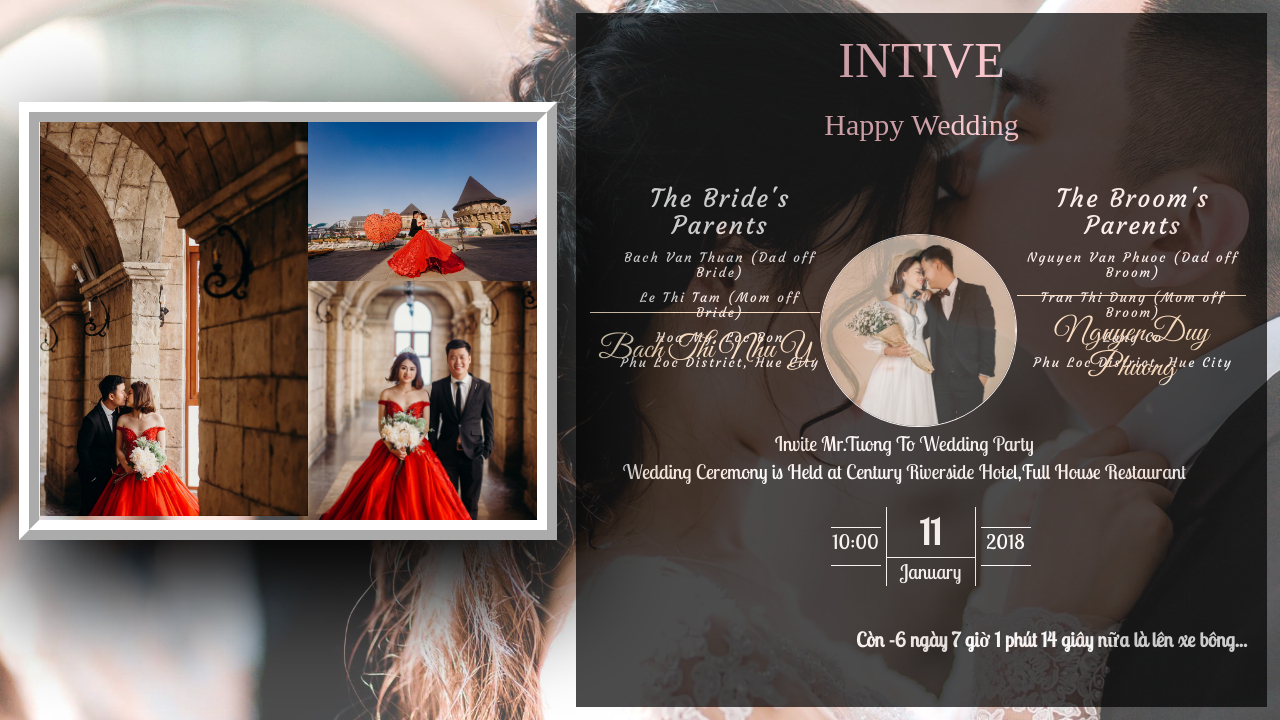
Repository: nguyenhuutuong999/WeddingOfSister
Page: index.html
The author's editor kept a copy of each file at every save. The page is drawn from the files as they stood at one save, then again after a run of saves.
The browser window is 1280 px wide. The pictures show the whole page.
Some web fonts or font styles are not loaded; a fallback is used.

Above is the page before, as saved 2019-09-17 17:33:13.

### index.html
<!doctype html>
<html>

<head>
    <meta charset="utf-8">
    <meta name="viewport" content="width=device-width, initial-scale=1">
    <title>Wedding</title>

    <!-- Latest compiled and minified CSS & JS -->

    <link rel="stylesheet" href="./style.css">


    <!-- Latest compiled and minified CSS & JS -->
    <link rel="stylesheet" media="screen" href="//netdna.bootstrapcdn.com/bootstrap/3.3.4/css/bootstrap.min.css">
    <script src="//code.jquery.com/jquery.js"></script>
    <script src="//netdna.bootstrapcdn.com/bootstrap/3.3.4/js/bootstrap.min.js"></script>

    <link rel="stylesheet" href="./animate.css">
    <script type="text/javascript" src="./wow.min.js"></script>
    <script>
        new WOW().init();
    </script>

</head>


<body>
    <div id="container">
        <div id="opacity-background"></div>

        <div id="album">
                <img id = "vh" name="image_vh" src="./images/vh1.jpg" class="wow fadeInLeft" data-wow-duration="1s">
                <img id = "hh" name="image_hh" src="./images/hh1.jpg" class="wow fadeInRight" data-wow-duration="1s">
            <img id = "s" name="image_s" src="./images/s1.jpg" class="wow fadeInUp" data-wow-duration="1s">
        </div>
        <div id="content">
            <h1 id="invite">INTIVE</h1>
            <h2 id="happy">Happy Wedding</h2>
            <div id="infor">
                <div id="bride" class="wedding">
                    <!-- // <label>Le Thi Thanh Ngan</label> -->
                    <h3>The Bride's Parents</h3>
                    <p>Bach Van Thuan (Dad off Bride)</p>
                    <p>Le Thi Tam (Mom off Bride)</p>
                    <p>Hoa My, Loc Bon</p>
                    <p>Phu Loc District, Hue City</p>

                </div>
                <div id="broom" class="wedding">
                    <!--  -->
                    <h3>The Broom's Parents</h3>
                    <p>Nguyen Van Phuoc (Dad off Broom)</p>
                    <p>Tran Thi Dung (Mom off Broom)</p>
                    <p>Lang Co</p>
                    <p>Phu Loc District, Hue City</p>

                </div>
                <!-- <canvas id="myCanvas" width="470" height="300"></canvas> -->

            </div>
            <div id="colorful">
                <h2 style="margin-left: 0px;" class="name">Bach Thi Nhu Y</h2>
                <img name="image_s" id="radius" src="./images/s1.jpg" class="wow zoomIn" data-wow-duration="1s" />
                <h2 style="margin-left: 0px;" class="name">Nguyen Duy Phuong</h2>
            </div>
            <div id="desc">
                <div style="color: white; position: relative; margin-top: 44%;">Invite Mr.Tuong To Wedding Party</div>
                <div id="place">Wedding Ceremony is Held at Century Riverside Hotel,Full House Restaurant</div>
                <div id="time">
                    <div id="hour" class="border1">10:00</div>
                    <div id="day-month">
                        <div id="day">11</div>
                        <div id="month">January</div>
                    </div>
                    <div id="year" class="border1">2018</div>
                </div>

            </div>
            <p id="countDown"></p>
        </div>

</body>

</html>
<script type="text/javascript">
    window.onload = function () {

        setTimeout("switchImageVH()", 5000);
        setTimeout("switchImageS()", 5000);
        setTimeout("switchImageHH()", 5000);
    }
    var current_vh = 1;
    var num_image_vh = 7;

    var current_s = 1;
    var num_image_s = 7

    var current_hh = 1;
    var num_image_hh = 7;

    function switchImageVH() {
        current_vh++;
        document.images['image_vh'].src = './images/vh' + current_vh + '.jpg';

        if (current_vh < num_image_vh) {
            setTimeout("switchImageVH()", 5000);

        } else if (current_vh == num_image_vh) {

            current_vh = 1;
            setTimeout("switchImageVH()", 5000);
        }


    }
    function switchImageS() {
        current_s++;
        document.images['image_s'].src = './images/s' + current_s + '.jpg';

        if (current_s < num_image_s) {
            setTimeout("switchImageS()", 5000);

        } else if (current_s == num_image_s) {
            current_s = 1;
            setTimeout("switchImageS()", 5000);
        }
    }
    function switchImageHH() {
        current_hh++;
        document.images['image_hh'].src = './images/hh' + current_hh + '.jpg';

        if (current_hh < num_image_s) {
            setTimeout("switchImageHH()", 5000);

        } else if (current_hh == num_image_s) {
            current_hh = 1;
            setTimeout("switchImageHH()", 5000);
        }
    }


    var dateWedding = {
        year : 2018,
        month :1,
        date: 11,
        hour: 23,
        minutes: 59,
        second: 59,
    }

    setInterval(function () {
        var today = new Date();
        var date = "Còn " + (dateWedding.date - today.getDate()) + " ngày " + (dateWedding.hour - today.getHours()) + " giờ " + (dateWedding.minutes - today.getMinutes()) + " phút " + (dateWedding.second - today.getSeconds() + " giây nữa là lên xe bông...");
        document.getElementById("countDown").innerHTML = date;
    }, 1000);



    // var canvas = document.getElementById('myCanvas');
    // var context = canvas.getContext('2d');

    // // Xác đinh tâm là trọng tâm của Canvas
    // var x = canvas.width / 2;
    // var y = canvas.height / 2;

    // // bán kính 75px
    // var radius = 130;

    // // Góc bắt đầu là 1.1PI
    // var startAngle = 1.1 * Math.PI;

    // // Góc kết thúc là 1.9PI
    // var endAngle = 1.9 * Math.PI;

    // // Cùng chiều kim đồng hồ
    // var counterClockwise = false;

    // // Vẽ đường cung
    // context.beginPath();
    // context.arc(x, y, radius, startAngle, endAngle, counterClockwise);
    // context.lineWidth = 1.5;

    // // line color
    // context.strokeStyle = 'blanchedalmond';
    // context.stroke();


</script>

### style.css
@import url('https://fonts.googleapis.com/css?family=Great+Vibes&display=swap');
@import url('https://fonts.googleapis.com/css?family=Cookie&display=swap');
@import url('https://fonts.googleapis.com/css?family=Courgette&display=swap');
@import url('https://fonts.googleapis.com/css?family=Berkshire+Swash|Great+Vibes&display=swap');
@import url('https://fonts.googleapis.com/css?family=Lobster+Two&display=swap');
body,html{
    top:0;
    margin: 0;
    padding: 0;
    font-family: Impact, Haettenschweiler, 'Arial Narrow Bold', sans-serif;
    width: 100%;
    height: 100%;
}

#container{
    display: flex;
    background-image: url("./images/wedding6.jpg.png");
    background-repeat: repeat;
    background-size: cover;
    width: 100%;
    height: 100%;
    position: relative;
}
#opacity-background{

    position: absolute;
    top: 0;
    left: 0;
    width: 100%;
    height: 100%;
    background:white;
    opacity: 0.3;

}

#content{

    position: relative;
    background: rgb(0, 0, 0);
    opacity: 0.7;
    width: 59%;
    float: left;
    margin: 1% 1% 1% 45%;

}
#album {
    margin: 8% 1.5% 0 1.5%;
    width: 42%;
    position: absolute;
    box-shadow: 10px 50px 100px 10px black;
    border: 20px ridge #ffffff;
}

#vh{
    width: 54%;
    position: absolute;

}
#hh{
    width: 48%;
    margin-left: 52%;

}
#s{
    width: 48%;
    margin-left: 52%;

}


#invite{
    font-family: 'Berkshire Swash', cursive;
    color: pink;
    text-align: center;
    font-size: 50px;
}
#happy{
    font-family: 'Berkshire Swash', cursive;
    color: pink;
    text-align: center;
}
#infor{
    color: white;
    font-family: 'Courgette', cursive;
    font-size: 13px;
    display: flex;
    position: absolute;
    padding: 2% 4%;
    width: 100%;
}
.wedding{
    width: calc(100%/2);
    letter-spacing: 2px;
    text-align: center;
    line-height: 15px;
}
.wedding h3{
    font-size: 25px;
}
#colorful{
    color: white;
    font-family: 'Great Vibes', cursive;
    display: flex;
    margin-top: 0px;
    position: absolute;
    text-align: center;
    width: 95%;
    align-items: center;
    margin-top: 12%;
    margin-left: 2%;

}
.name{
    border-style: solid;
    border-width: 1px 0 0 0;
    padding:  20px 0;
    margin-top: 50px;
    color: blanchedalmond;
    width: 35%;
    font-size: 32px;
}
#radius{
    border-radius: 100%;
    border: solid 1.5px white;
    width: 30%;
}

#desc{
    position: relative;
    color: white;
    font-family: 'Lobster Two', cursive;
    font-size: 20px;
    margin-top: 00%;
    text-align: center;
    width: 95%;
}



#time{
    display: flex;
    position: relative;
    width: 40%;
    margin-left: 38%;
}
#hour{
    margin: 40px 5px;
}

#year{

    margin: 40px 5px;
}
.border1{
    border-style: solid;
    border-width: 0.1px 0;
    width: 50px;
}
#day-month{
    border-style: solid;
    border-width: 0 1.5px;
    width: 90px;
    margin: 20px 0;
}
#day{
    border-style: solid;
    border-width: 0 0 1px 0;
    width: 100%;

    font-size: 35px;
    font-weight: bold;
}
/* #myCanvas{
    position: absolute;
    margin-top: 110px;
    margin-left: 185px;


} */

#bride{
    margin-left: 10px;
}
#broom{
    margin-left: 200px;
}
#countDown{
    position: relative;
    font-family: 'Lobster Two', cursive;
    color: white;
    text-align: right;
    font-size: 20px;
    font-weight: bold;
    margin-top: 0%;

    padding: 20px;
}

@media only screen and (max-width: 600px) {

    #container{
        display: inline-block;
        background-image: url("./images/wedding5.jpg");
        background-repeat: repeat;
        background-size: cover;
        width: 100%;
        height: 100%;
        position: relative;
    }
    #invite{

        margin-top: 0px;
        padding: 5px;
        font-size: 1em;
    }
    #happy{
        font-size: 0.8em;
        margin-top: -10px;
    }
    #infor{
        margin-top: -30px;
        font-size: 5px;
        padding: 5px 10px;
    }
    .wedding h3{
        font-size: 10px;
    }
    .wedding{
        width: calc(100%);
        letter-spacing: 0.5px;
        font-size: 6px;
        line-height: 0.5px;
    }

    #bride{
        margin-left: 0px;
    }
    #broom{
        margin-left: 70px;
    }
    #colorful{
        width: 95%;
        margin-top: 5%;
        margin-left: 2%;

    }
    .name{
        padding:  10px 0;
        font-size: 12px;
    }
    #radius{
        border: solid 0.5px white;
    }

    #desc{
        position: relative;
        color: white;
        font-family: 'Lobster Two', cursive;
        font-size: 10px;
        margin-top: 30%;
        text-align: center;
        width: 95%;
    }

    #time{
        display: flex;
        position: relative;
        width: 40%;
        margin-left: 35%;
        margin-top: -30px;
        font-size: 7px;
    }
    #hour{
        margin: 45px 5px;
        width: 20%;
    }

    #year{
        width: 20%;
        margin: 45px 5px;
    }

    #day-month{
        border-width: 0 1px;
        width: 40px;
        margin: 35px 0;
    }
    #day{
        width: 100%;
        font-size: 10px;

    }
    #countDown{

        font-size: 8px;
        margin-top: -5%;
    padding: 5px;

    }
    #content{

        position: relative;
        background: rgb(0, 0, 0);
        opacity: 0.7;
        width: 92%;
        margin: 4%;

    }
    #album {
        margin: 4%;
        width: 92%;
        position: absolute;
        margin-top: 80%;
        box-shadow: 10px 50px 100px 10px black;
        border: 15px ridge #ffffff;
    }

    #vh{
        width: 53%;

        position: absolute;

    }
    #hh{
        width: 48%;

        margin-left: 52%;

    }
    #s{
        width: 48%;
        margin-left: 52%;

    }


  }

  @media only screen and (min-width: 1600px) {

    #container{
        display: flex;
        background-image: url("./images/wedding6.jpg.png");
        background-repeat: repeat;
        background-size: cover;
        width: 100%;
        height: 100%;
        position: relative;
    }
    #opacity-background{

        position: absolute;
        top: 0;
        left: 0;
        width: 100%;
        height: 100%;
        background:white;
        opacity: 0.3;

    }

    #content{

        position: relative;
        background: rgb(0, 0, 0);
        opacity: 0.7;
        width: 59%;
        float: left;
        margin: 1% 1% 1% 45%;

    }
    #album {
        margin: 8% 1.5% 0 1.5%;
        width: 42%;
        position: absolute;
        box-shadow: 10px 50px 100px 10px black;
        border: 20px ridge #ffffff;
    }

    #vh{
        width: 54%;
        position: absolute;

    }
    #hh{
        width: 48%;
        margin-left: 52%;

    }
    #s{
        width: 48%;
        margin-left: 52%;

    }


    #invite{
        font-family: 'Berkshire Swash', cursive;
        color: pink;
        text-align: center;
        font-size: 70px;
    }
    #happy{
        font-family: 'Berkshire Swash', cursive;
        color: pink;
        text-align: center;
        font-size: 50px;
    }
    #infor{
        color: white;
        font-family: 'Courgette', cursive;
        font-size: 18px;
        display: flex;
        position: absolute;
        padding: 2% 4%;
        width: 100%;
    }
    .wedding{
        width: calc(100%/2);
        letter-spacing: 2px;
        text-align: center;
        line-height: 25px;
    }
    .wedding h3{
        font-size: 30px;
    }
    #colorful{
        color: white;
        font-family: 'Great Vibes', cursive;
        display: flex;
        margin-top: 0px;
        position: absolute;
        text-align: center;
        width: 95%;
        align-items: center;
        margin-top: 13%;
        margin-left: 2%;

    }
    .name{
        border-style: solid;
        border-width: 1px 0 0 0;
        padding:  20px 0;
        margin-top: 50px;
        color: blanchedalmond;
        width: 35%;
        font-size: 35px;
    }
    #radius{
        border-radius: 100%;
        border: solid 1.5px white;
        width: 30%;
    }

    #desc{
        position: relative;
        color: white;
        font-family: 'Lobster Two', cursive;
        font-size: 30px;
        margin-top: 00%;
        text-align: center;
        width: 95%;
    }



    #time{
        display: flex;
        position: relative;
        width: 50%;
        margin-left: 40%;
    }
    #hour{
        width:80px;
        margin: 80px 15px;
    }

    #year{
        width:80px;
        margin: 80px 5px;
    }

    #day-month{
        border-style: solid;
        border-width: 0 1.5px;
        width: 27%;
        margin: 30px 0;
    }
    #day{
        border-style: solid;
        border-width: 0 0 1px 0;
        width: 100%;
        font-size: 60px;
        font-weight: bold;
    }
    /* #myCanvas{
        position: absolute;
        margin-top: 110px;
        margin-left: 185px;


    } */

    #bride{
        margin-left: 10px;
    }
    #broom{
        margin-left: 200px;
    }
    #countDown{
        position: relative;
        font-family: 'Lobster Two', cursive;
        color: white;
        text-align: right;
        font-size: 20px;
        font-weight: bold;
        margin-top: 0%;
        font-style: italic;
        padding: 20px;
    }


  }

Loaded but not shown: animate.css (library); wow.min.js (library)

After the next 2 saves:
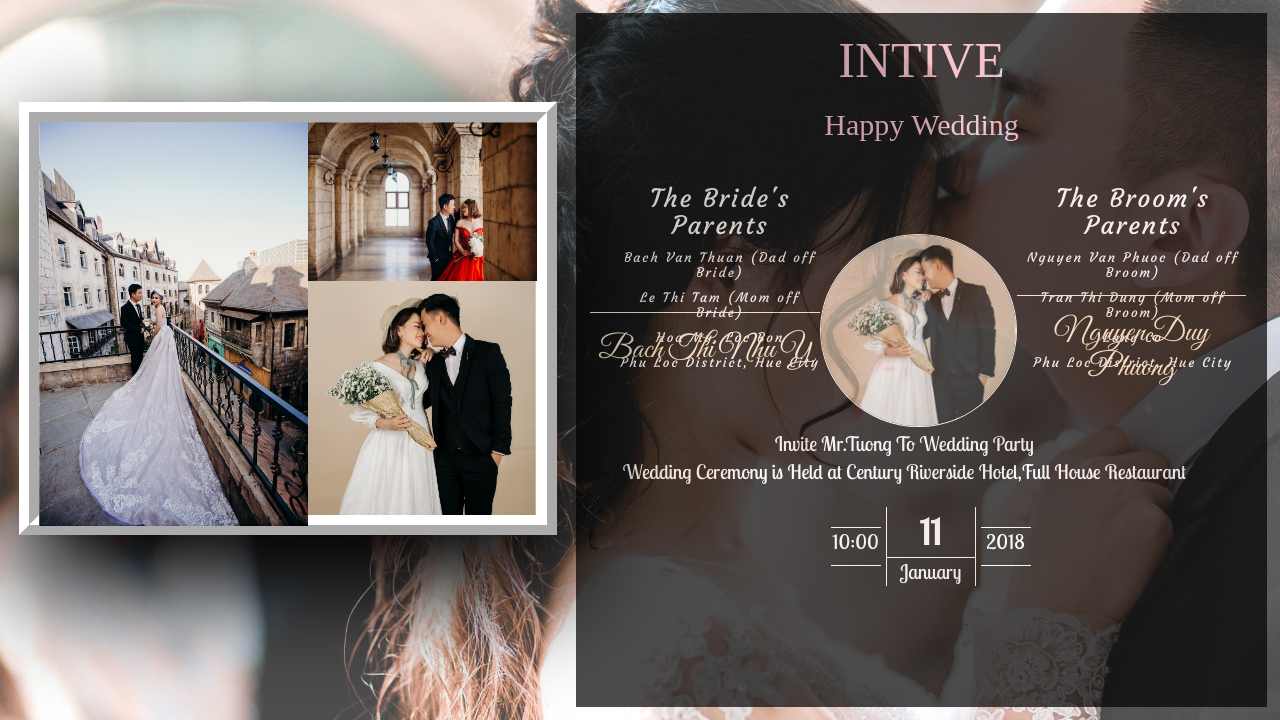
Console error: SyntaxError: Unexpected token ')'
The 2 saves are shown as one change because they came seconds apart.
The last was saved 5 s later.
--- a/index.html
+++ b/index.html
@@ -151,6 +151,7 @@
 
     setInterval(function () {
         var today = new Date();
+        if(dateWedding.date - today.getDate() >)
         var date = "Còn " + (dateWedding.date - today.getDate()) + " ngày " + (dateWedding.hour - today.getHours()) + " giờ " + (dateWedding.minutes - today.getMinutes()) + " phút " + (dateWedding.second - today.getSeconds() + " giây nữa là lên xe bông...");
         document.getElementById("countDown").innerHTML = date;
     }, 1000);

After the 3 saves that followed:
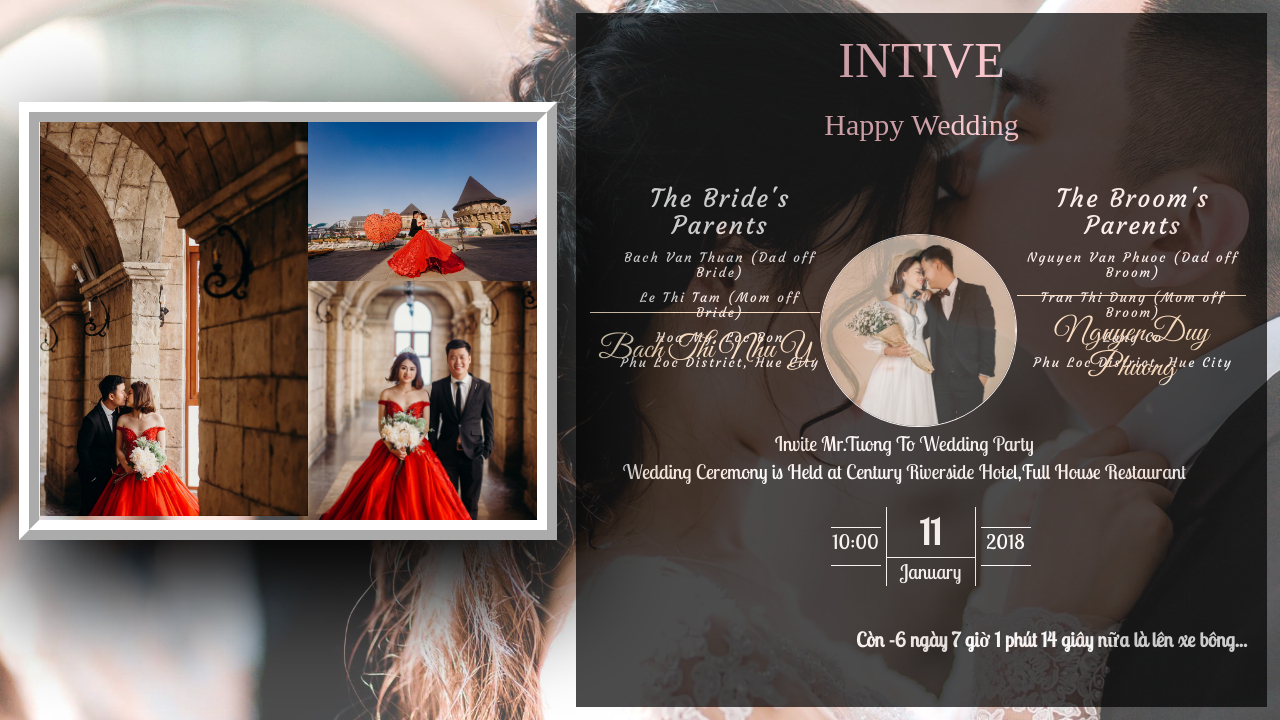
The error is gone.
The 3 saves are shown as one change because they came seconds apart.
The last was saved 9 s later.
--- a/index.html
+++ b/index.html
@@ -151,7 +151,9 @@
 
     setInterval(function () {
         var today = new Date();
-        if(dateWedding.date - today.getDate() >)
+        if(dateWedding.date - today.getDate() > 0){
+
+        }
         var date = "Còn " + (dateWedding.date - today.getDate()) + " ngày " + (dateWedding.hour - today.getHours()) + " giờ " + (dateWedding.minutes - today.getMinutes()) + " phút " + (dateWedding.second - today.getSeconds() + " giây nữa là lên xe bông...");
         document.getElementById("countDown").innerHTML = date;
     }, 1000);
